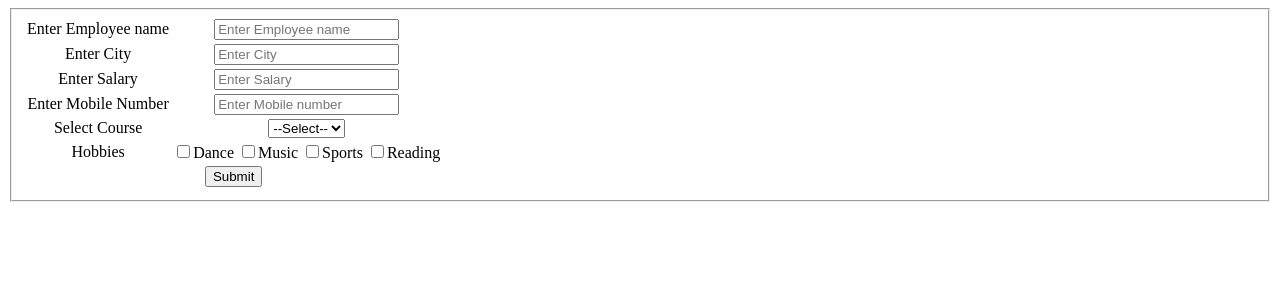
Repository: bigee1397/22-3-2024
Page: http://localhost/RDDemo/
An editor plug-in stored every save of this project. The page is shown before and after the next save, followed by the edit.
The browser window is 1280 px wide. The pictures show the whole page.
The page is served by Tomcat 9. Other server files are loaded and not shown.

Above is the page before, as saved 2024-03-15 04:52:45.

### jspandservlets/RDDemo/src/main/webapp/index.jsp
<%@ page language="java" contentType="text/html; charset=ISO-8859-1"
    pageEncoding="ISO-8859-1" %>
<!DOCTYPE html>
<html>
<head>
<meta charset="ISO-8859-1">
<title>Insert title here</title>
</head>
<body>
	<fieldset align="center">
		<form action="registerServlet" method="post">
			<table>
				<tr>
					<td>Enter Employee name</td>
					<td><input type="text" name="employeeName" placeholder="Enter Employee name" /> </td>
				</tr>
				<tr>
					<td>Enter City</td>
					<td><input type="text" name="city" placeholder="Enter City" /> </td>
				</tr>
				<tr>
					<td>Enter Salary</td>
					<td><input type="number" name="salary" placeholder="Enter Salary" /> </td>
				</tr>
				<tr>
					<td>Enter Mobile Number</td>
					<td><input type="tel" name="mobile" placeholder="Enter Mobile number" /> </td>
				</tr>
				<tr>
					<td>Select Course</td>
					<td>
						<select name="course">
				            <option>--Select--</option>
				            <option value="Java">Java</option>
				            <option value="Spring">Spring</option>
				            <option value="Angular">Angular</option>
				            <option value="Node">Node</option>
			        	</select>
			        </td>
				</tr>
				<tr>
					<td>Hobbies</td>
					<td>
						<input type="checkbox" name="hobby" value="dance">Dance
				        <input type="checkbox" name="hobby" value="music">Music
				        <input type="checkbox" name="hobby" value="sports">Sports
				        <input type="checkbox" name="hobby" value="reading">Reading
			        </td>
				</tr>
				<tr>
					<td colspan=2><input type="submit" value="Submit"></td>
				</tr>

			</table>
		</form>
	</fieldset>
</body>
</html>

After the next save:
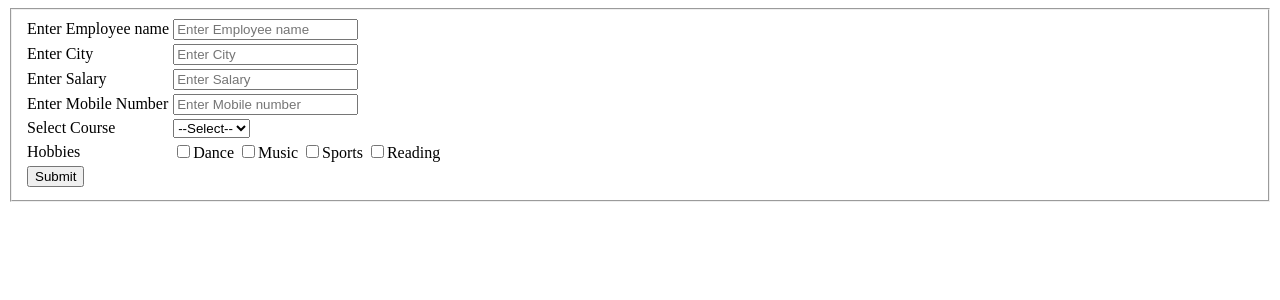
Saved 50 s later.
--- a/jspandservlets/RDDemo/src/main/webapp/index.jsp
+++ b/jspandservlets/RDDemo/src/main/webapp/index.jsp
@@ -7,7 +7,7 @@
 <title>Insert title here</title>
 </head>
 <body>
-	<fieldset align="center">
+	<fieldset>
 		<form action="registerServlet" method="post">
 			<table>
 				<tr>
